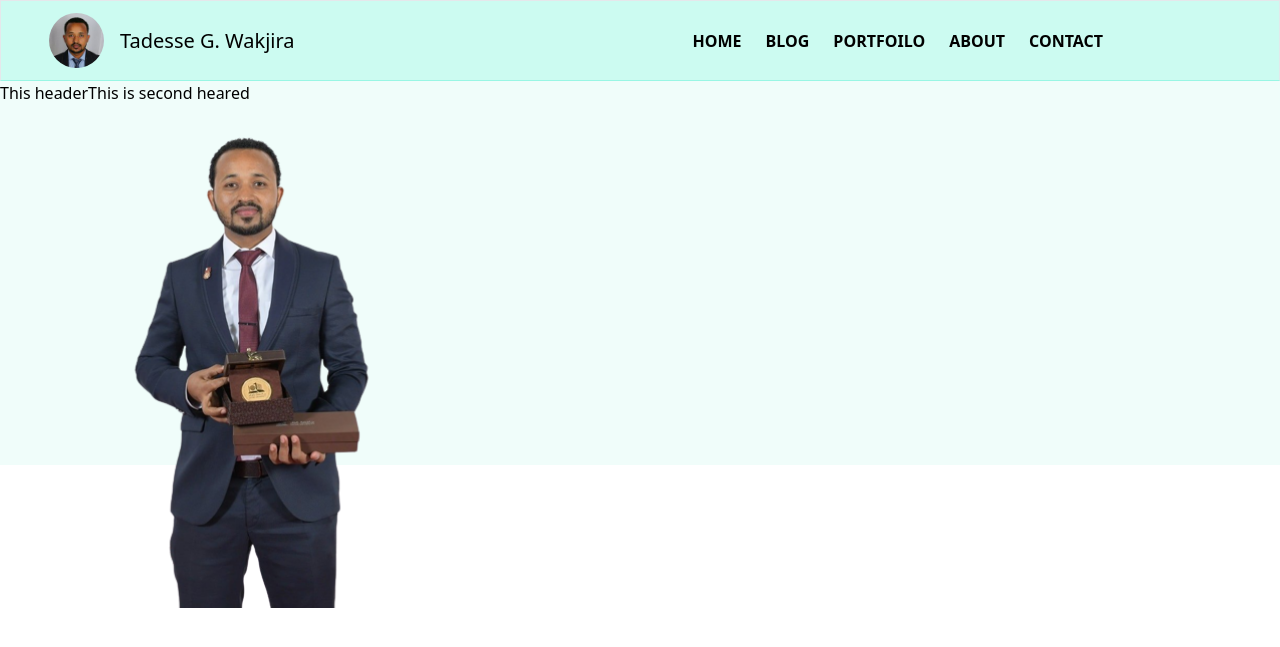
Repository: Elias-Kibret/Tade-portfoilo
Page: /
The author's editor kept a copy of each file at every save. The page is drawn from the files as they stood at one save, then again after the next save.
The browser window is 1280 px wide. The pictures show the whole page.
The project was rebuilt for these pictures with package versions that can differ from the ones it lists, and the page was loaded fresh each time. The framework's server and built-in components were replaced by stand-ins that run in the browser. Also part of the build but not shown: next.config.js.

Above is the page before, as saved 2022-06-27 06:37:35.

### pages/index.tsx
import type { NextPage } from 'next'
import Head from 'next/head'
import Image from 'next/image'
import Header from '../components/Header'
import Hero from '../components/Hero'
const Home: NextPage = () => {
  return (
    <div>
      <Head>
        <title>Create Next App</title>
        <link rel="icon" href="/favicon.ico" />
      </Head>
      <Header/>
      <Hero/>
    </div>
  )
}

export default Home

### components/Header.tsx
import Head from "next/head"
import Link from "next/link"
import Image from "next/image"
import Logo from '../public/Img/Tadesse.jpg'
const Header = () => {
  return (
<header className="bg-teal-100 px-12 py-3 shadow border  border-b-teal-200">
   <div className="flex justify-between items-center">
      <div className="flex items-center space-x-4">

       <Image className="rounded-full" src={Logo} alt="Taddes" width={55} height={55} />

        <span className="text-xl">Tadesse G. Wakjira</span>
      </div>
      <div className="mr-32">
        <nav className="flex list-none space-x-6 font-semibold hidden md:inline-flex text-black-200">
            <li >
                <Link href="">
                    <a> HOME</a>
                </Link>
            </li>
            <li>
                <Link href="">
                    <a> BLOG</a>
                </Link>
            </li>
            <li>
                <Link href="">
                    <a> PORTFOILO</a>
                </Link>
            </li>
            <li>
                <Link href="">
                    <a> ABOUT</a>
                </Link>
            </li>
            <li>
                <Link href="">
                    <a> CONTACT</a>
                </Link>
            </li>
        </nav>
      </div>
    </div>
</header>
  )
}

export default Header

### components/Hero.tsx
import heroImage from '../public/Img/heroImage.png'
import Image from 'next/image'
const Hero = () => {
  return (
<main className="h-96 bg-teal-50">

    <div className='flex w-50%'>
      <h1>
        This header
      </h1>
      <h2>
         This is second heared
      </h2>
    </div>
    <div wi>
      <Image src={heroImage} className="object" width={500} height={550}/>    </div>
</main>
  )
}

export default Hero

Loaded but not shown: pages/_app.tsx (common file); styles/globals.css (common file); tailwind.config.js (common file)

After the next save:
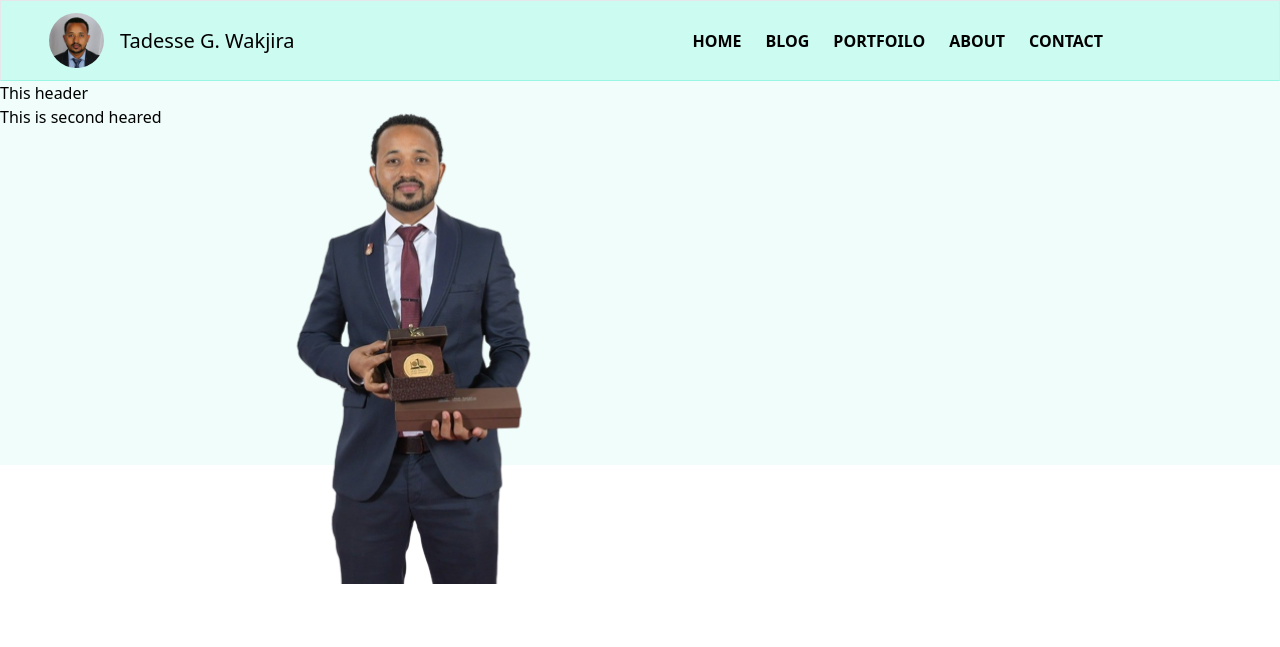
Saved 19 s later.
--- a/components/Hero.tsx
+++ b/components/Hero.tsx
@@ -2,9 +2,9 @@ import heroImage from '../public/Img/heroImage.png'
 import Image from 'next/image'
 const Hero = () => {
   return (
-<main className="h-96 bg-teal-50">
+<main className="h-96 bg-teal-50 flex">
 
-    <div className='flex w-50%'>
+    <div className=' w-50%'>
       <h1>
         This header
       </h1>
